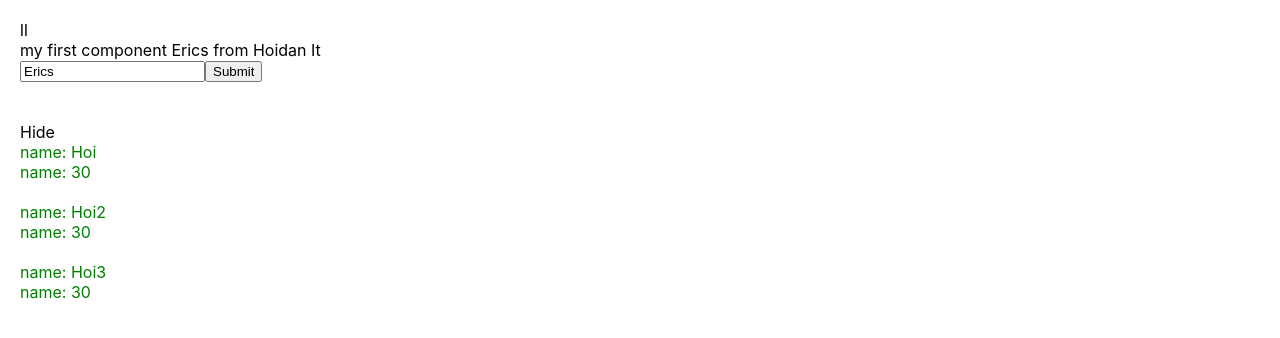
Repository: tvvn12/React-demo
Page: /
These files come from the project's save history. The page is drawn as it stood at one moment and after the next save; the edit follows.
The browser window is 1280 px wide. The pictures show the whole page.
The project was rebuilt for these pictures with package versions that can differ from the ones it lists, and the page was loaded fresh each time.

Above is the page before, as saved 2024-03-05 14:50:32.

After the next save:
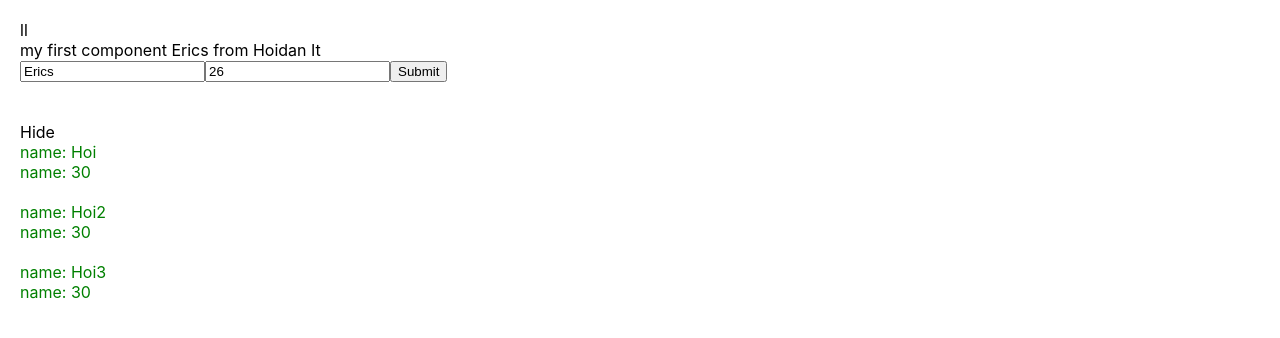
Saved 77 s later.
--- a/src/components/AddUserInfor.js
+++ b/src/components/AddUserInfor.js
@@ -16,12 +16,12 @@ class AddUserInfo extends React.Component {
     console.log(event, event.target.value);
     this.setState({
       name: event.target.value,
+      age: event.target.value,
     });
   }
   handleOnSubmit(e) {
     e.preventDefault();
-    // console.log(e);
-    console.log(this.state);
+    this.props.handleAddNew();
   }
   render() {
     return (
@@ -38,6 +38,13 @@ class AddUserInfo extends React.Component {
             name=""
             id=""
           />
+          <input
+            value={this.state.age}
+            onChange={(event) => this.handleOnchange(event)}
+            type="text"
+            name=""
+            id=""
+          />
           <button>Submit</button>
         </form>
       </div>
